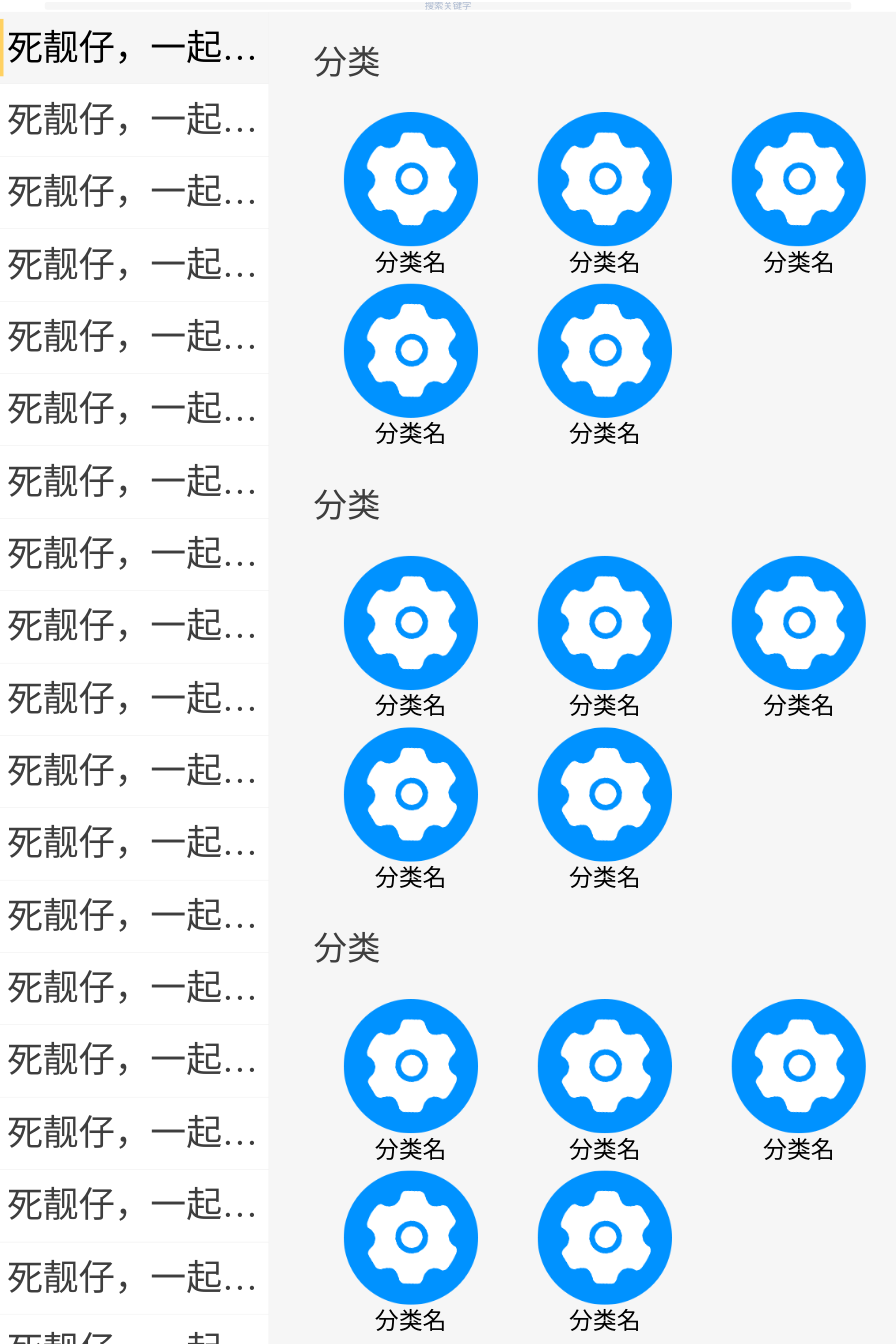
Repository: 421538074/sell
Page: consumer/goods-classify.html
These files come from the project's save history. The page is drawn as it stood at one moment and after the next save; the edit follows.
The browser window is 1280 px wide. The pictures show the part of the page from y = 0 to 1920 px (the page is 3185 px tall before and 3594 px after), at 70% of full size.

Above is the page before, as saved 2019-05-29 16:52:45.

### consumer/goods-classify.html
<!DOCTYPE html>
<html lang="en">
<head>
    <meta charset="UTF-8">
    <meta name="viewport" content="width=device-width, initial-scale=1.0">
    <meta http-equiv="X-UA-Compatible" content="ie=edge">
    <title>商品分类</title>
    <link rel="stylesheet" href="../css/base.css">
    <link rel="stylesheet" href="css/goods-classify.css">
</head>
<body>
    <div id="app" class="content">
        <div class="search-bar-wrapper">
            <input placeholder="搜索关键字" type="text" class="search-input">
        </div>
        <div class="goods-classify-wrapper">
            <ul class="main-classify-wrapper">
                <li @click="triggerTab(n)" v-for="n in 20" :class="{active:n==currentIndex}" class="main-classify-item">
                    死靓仔，一起打球吗？
                </li>
            </ul>
            <div class="sub-classify-wrapper">
                <div v-for="n in 5" class="sub-classify-item">
                    <p class="sub-classify-item-title">
                        分类
                    </p>
                    <div class="sub-classify-item-wrapper">
                        <div v-for="n in 5" class="sub-sub-classify-item">
                            <img src="../img/设置.png" class="classify-item-icon">
                            <p class="classify-title">分类名</p>
                        </div>
                    </div>
                </div>
            </div>
        </div>
    </div>
    <script src="../js/api.js"></script>
    <script src="../js/vue.js"></script>
    <script src="js/vue-mixin.js"></script>
    <script src="js/goods-classify.js"></script>
</body>
</html>

### css/base.css
/* http://meyerweb.com/eric/tools/css/reset/
   v2.0 | 20110126
   License: none (public domain)
*/

html,
body,
div,
span,
applet,
object,
iframe,
h1,
h2,
h3,
h4,
h5,
h6,
p,
blockquote,
pre,
a,
abbr,
acronym,
address,
big,
cite,
code,
del,
dfn,
em,
img,
ins,
kbd,
q,
s,
samp,
small,
strike,
strong,
sub,
sup,
tt,
var,
b,
u,
i,
center,
dl,
dt,
dd,
ol,
ul,
li,
fieldset,
form,
label,
legend,
table,
caption,
tbody,
tfoot,
thead,
tr,
th,
td,
article,
aside,
canvas,
details,
embed,
figure,
figcaption,
footer,
header,
hgroup,
menu,
nav,
output,
ruby,
section,
summary,
time,
mark,
audio,
video {
    margin: 0;
    padding: 0;
    border: 0;
    font-size: 100%;
    font: inherit;
    vertical-align: baseline;
}

/* HTML5 display-role reset for older browsers */
article,
aside,
details,
figcaption,
figure,
footer,
header,
hgroup,
menu,
nav,
section {
    display: block;
}

body {
    line-height: 1;
}

ol,
ul {
    list-style: none;
}

blockquote,
q {
    quotes: none;
}

blockquote:before,
blockquote:after,
q:before,
q:after {
    content: '';
    content: none;
}

table {
    border-collapse: collapse;
    border-spacing: 0;
}


body,
html {
    font-size: calc(100vw / 37.5);
    font-family: PingFangSC-Medium;
    background: #F2F2F2;
}


[v-cloak] {
    display: none;
}


hr {
    margin: 0;
    padding: 0;
}

.clearfix {
    zoom: 1;
}

.clearfix:after {
    content: ".";
    display: block;
    visibility: hidden;
    height: 0;
    clear: both;
}

[v-cloak] {
    display: none;
}

### consumer/css/goods-classify.css
*{
    box-sizing: border-box;
}
html,body,div.content{
    height: 100%;
}
div.content {
    display: flex;
    flex-direction: column;
}
div.search-bar-wrapper{
    height: 4.5rem;
    display: flex;
    align-items: center;
    justify-content: center;
    background: #ffffff;
}
input.search-input {
    width: 90%;
    border: none;
    height: 60%;
    border-radius: 0.1rem;
    background: #F6F6F6;
}
input::-webkit-input-placeholder {
    color: #A9B7CE;
    text-align: center;
}
.goods-classify-wrapper {
    display: flex;
    flex: 1;
}
ul.main-classify-wrapper {
    overflow: scroll;
    height: 100%;
    width: 30%;
}
ul.main-classify-wrapper::-webkit-scrollbar,div.sub-classify-wrapper::-webkit-scrollbar {
    width: 0;
    height: 0;
}
li.main-classify-item {
    width: 100%;
    height: 3rem;
    line-height: 3rem;
    white-space: nowrap;
    overflow: hidden;
    text-overflow: ellipsis;
    background: #fff;
    margin-bottom: 1px;
    color: #3E3E3E;
    padding-left: 10px;
    font-size: 1.5rem;
}
li.main-classify-item.active {
    background: #F6F6F6;
    position: relative;
    color: #000000;
}
li.main-classify-item.active::after{
    content: '';
    position: absolute;
    background: #FFD162;
    height: 80%;
    width: 5px;
    left: 0;
    top: 10%;
}
.sub-classify-wrapper {
    flex: 1;
    background: #F6F6F6;
    overflow: scroll;
}
img.classify-item-icon {
    width: 15vw;
    height: 15vw;
    border-radius: 1vw;
}
p.sub-classify-item-title {
    font-size: 1.4rem;
    height: 3em;
    display: flex;
    align-items: center;
    color: #3E3E3E;
    padding-left: 5vw;
}
.sub-classify-item{
    width: 70vw;
}
.sub-sub-classify-item {
    width: calc(65vw / 3);
    margin-bottom: 1vw;
}
.sub-classify-item-wrapper {
    display: flex;
    align-items: center;
    flex-wrap: wrap;
    text-align: center;
    padding-left: 5vw;
}

### js/api.js



// window.warn = {
//     alert: function alert(msg) {
//         var template = `
// `
//         $('body').append(template);
//         $('.alert-body').animate({
//             top: "40px"
//         }, 200);
//         // setTimeout(function () {
//         //     warn.close();
//         // }, 1500);
//     },
//     close: function close() {
//         $('.alert-body').animate({
//             top: "-280px"
//         }, 200);
//         setTimeout(function () {
//             $('#alert-msg').remove();
//         }, 200);
//     }
// };

### consumer/js/vue-mixin.js
Vue.mixin({
    methods: {
        /**
         * 限制长度
         * @param {String} 要限制长度的字段
         * @param {Number} 长度
         */
        limitLength(key, length) {
            this[key] = this[key].substring(0, length);
        },
        /**
         * 验证11位手机号
         * @param {Number} phone
         */
        validatePhone(phone) {
            const phoneReg = /^[1-9][0-9]{9}[0-9]$/;
            return phoneReg.test(phone);
        },
        /**
         * 发送手机验证码
         * @param {Number} waitTimeKey 等待时间键名
         * @param {String} tipsKey 发送验证码显示的信息的键名
         * @param {String} phoneKey 手机号键名
         * @param {String} reSendMsg  按钮默认显示的文字
         */
        sendCode(waitTimeKey, tipsKey, phoneKey, defaultMsg) {
            if (!this.validatePhone(this[phoneKey])) {
                alert('无效手机号!');
                return;
            }
            if (this[waitTimeKey] == 60) {
                $.post('', {
                        phone: this[phoneKey]
                    }, (res) => {
                        if (res.status == 1) {
                            const interval = setInterval(() => {
                                if (this[waitTimeKey] == 1) {
                                    this[waitTimeKey] = 60;
                                    this[tipsKey] = defaultMsg;
                                    clearInterval(interval);
                                    return;
                                }
                                this[waitTimeKey] -= 1;
                                this[tipsKey] = `${this[waitTimeKey]}s`;
                            }, 1000);
                        } else {
                            alert('发送失败!');
                        }
                    }, 'json')
                    .fail(err => {
                        alert('服务器异常!');
                    });
            }
        },
        /**
         * 链接跳转
         * @param {String} url
         */
        linkTo(url) {
            window.location.href = url;
        }
    },
    filters: {

    }
})

### consumer/js/goods-classify.js
new Vue({
    el:'#app',
    data() {
        return {
            currentIndex:1
        }
    },
    methods: {
        triggerTab(index) {
            if(this.currentIndex != index) {
                this.currentIndex = index;
            }
        }
    },
})

Loaded but not shown: js/vue.js (library)

After the next save:
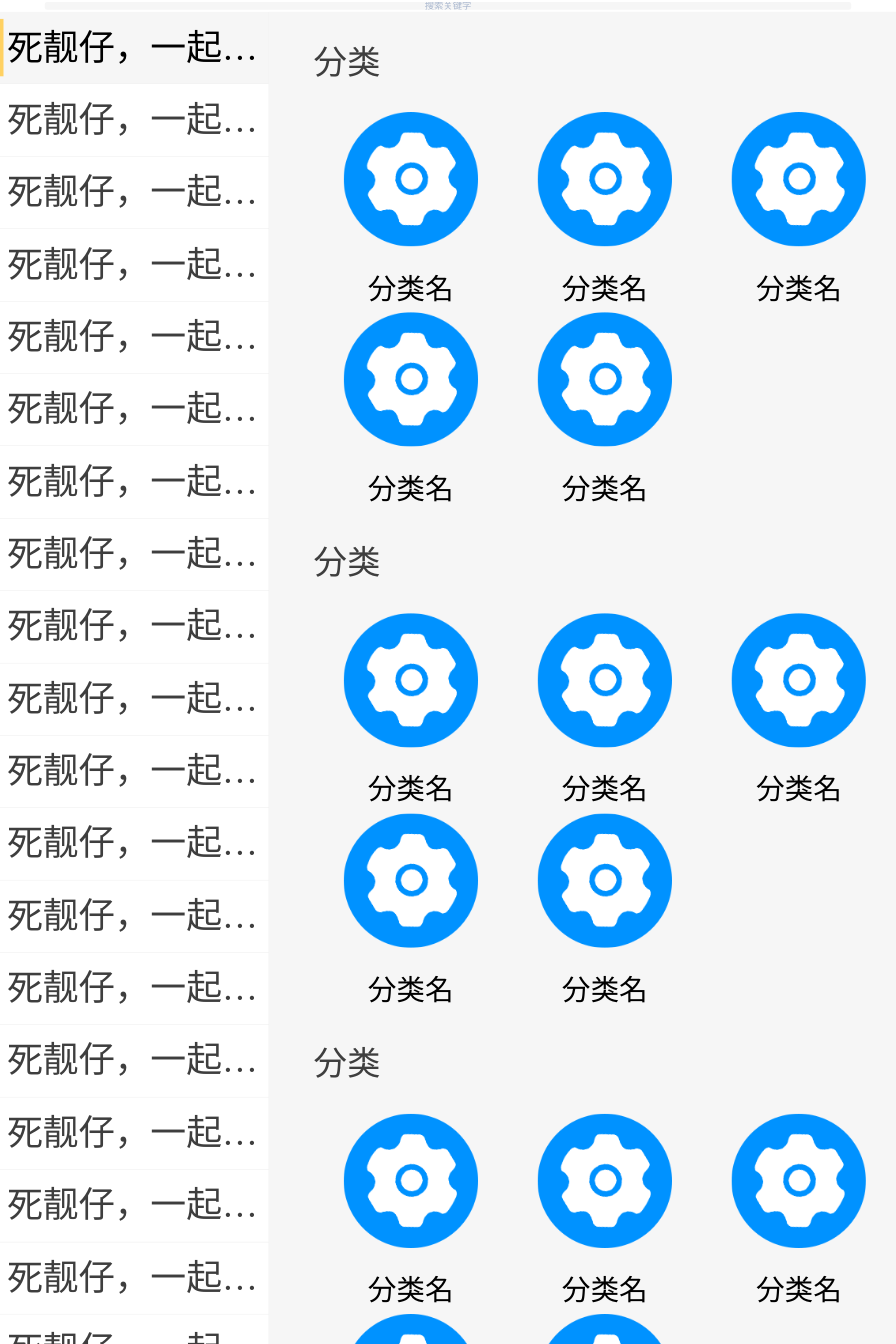
Saved 47 s later.
--- a/consumer/css/goods-classify.css
+++ b/consumer/css/goods-classify.css
@@ -98,3 +98,7 @@ p.sub-classify-item-title {
     text-align: center;
     padding-left: 5vw;
 }
+p.classify-title {
+    font-size: 1.2rem;
+    margin-top: 1rem;
+}
